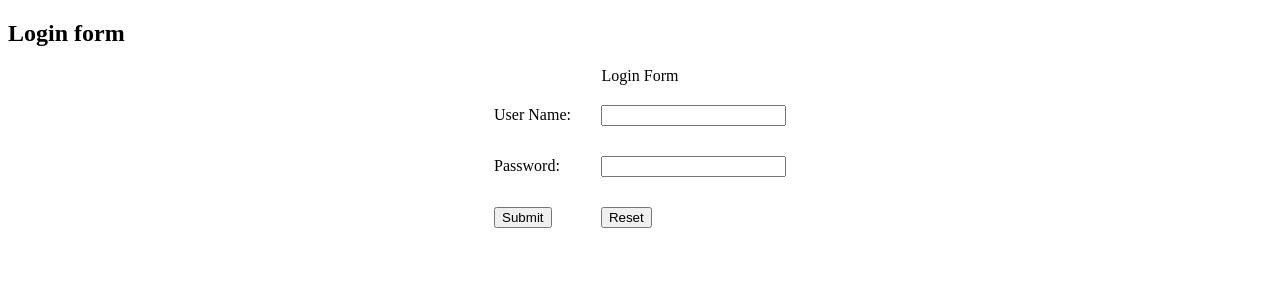
Repository: abhishek110597/Deloitte
Page: Workspace/JavaTraining/login.html
The author's editor kept a copy of each file at every save. The page is drawn from the files as they stood at one save, then again after the next save.
The browser window is 1280 px wide. The pictures show the whole page.

Above is the page before, as saved 2019-12-30 06:26:43.

After the next save:
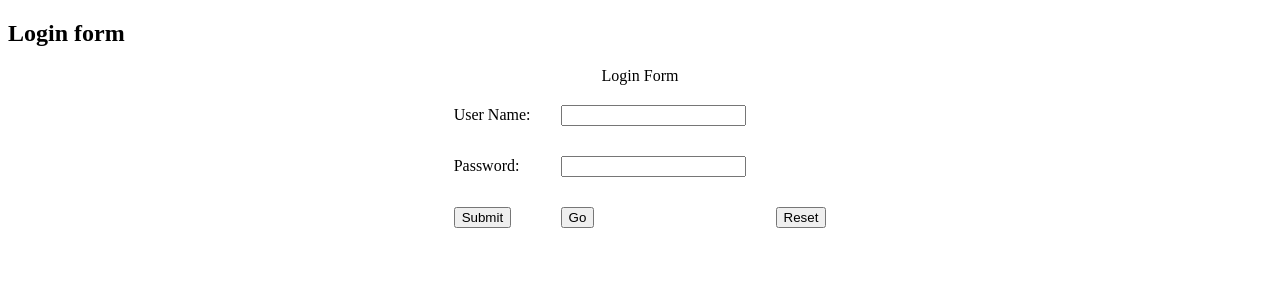
Saved 3 min 35 s later.
--- a/Workspace/JavaTraining/login.html
+++ b/Workspace/JavaTraining/login.html
@@ -3,6 +3,11 @@
 <head>
 <meta charset="ISO-8859-1">
 <title>Login form</title>
+<script type="text/javascript">
+function validate(){
+	var uname=document.getElementById("username").value
+}
+</script>
 </head>
 <body>
 <form>
@@ -17,6 +22,7 @@
 </tr>
 <tr>
 <td><input type="submit" value="Submit" id="submit"/></td>
+<td><input type="button" value="Go" onclick="validate()"/></td>
 <td><input type="reset"  id="reset"/></td>
 </tr>
 </table>
